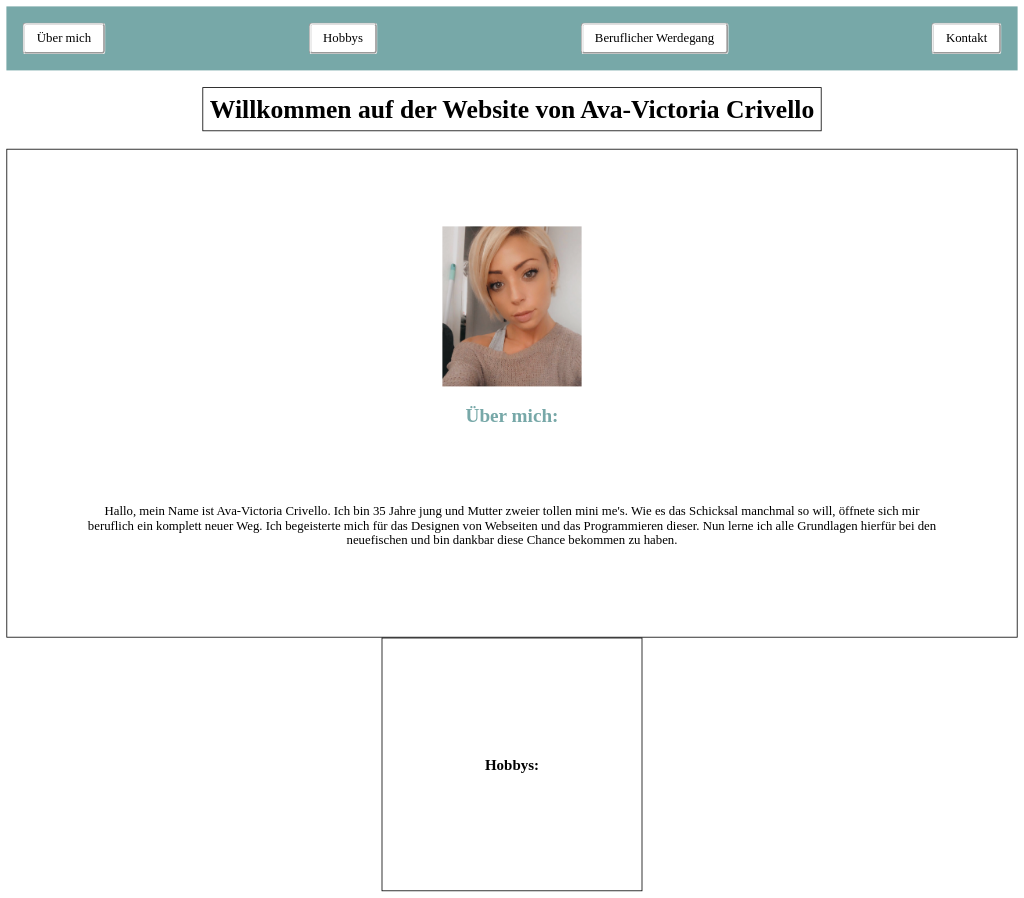
Repository: Ava-VictoriaCrivello/website
Page: index.html
The author's editor kept a copy of each file at every save. The page is drawn from the files as they stood at one save, then again after the next save.
The browser window is 1280 px wide. The pictures show the whole page, at 80% of full size.
Some web fonts or font styles are not loaded; a fallback is used.

Above is the page before, as saved 2022-05-29 20:51:11.

After the next save:
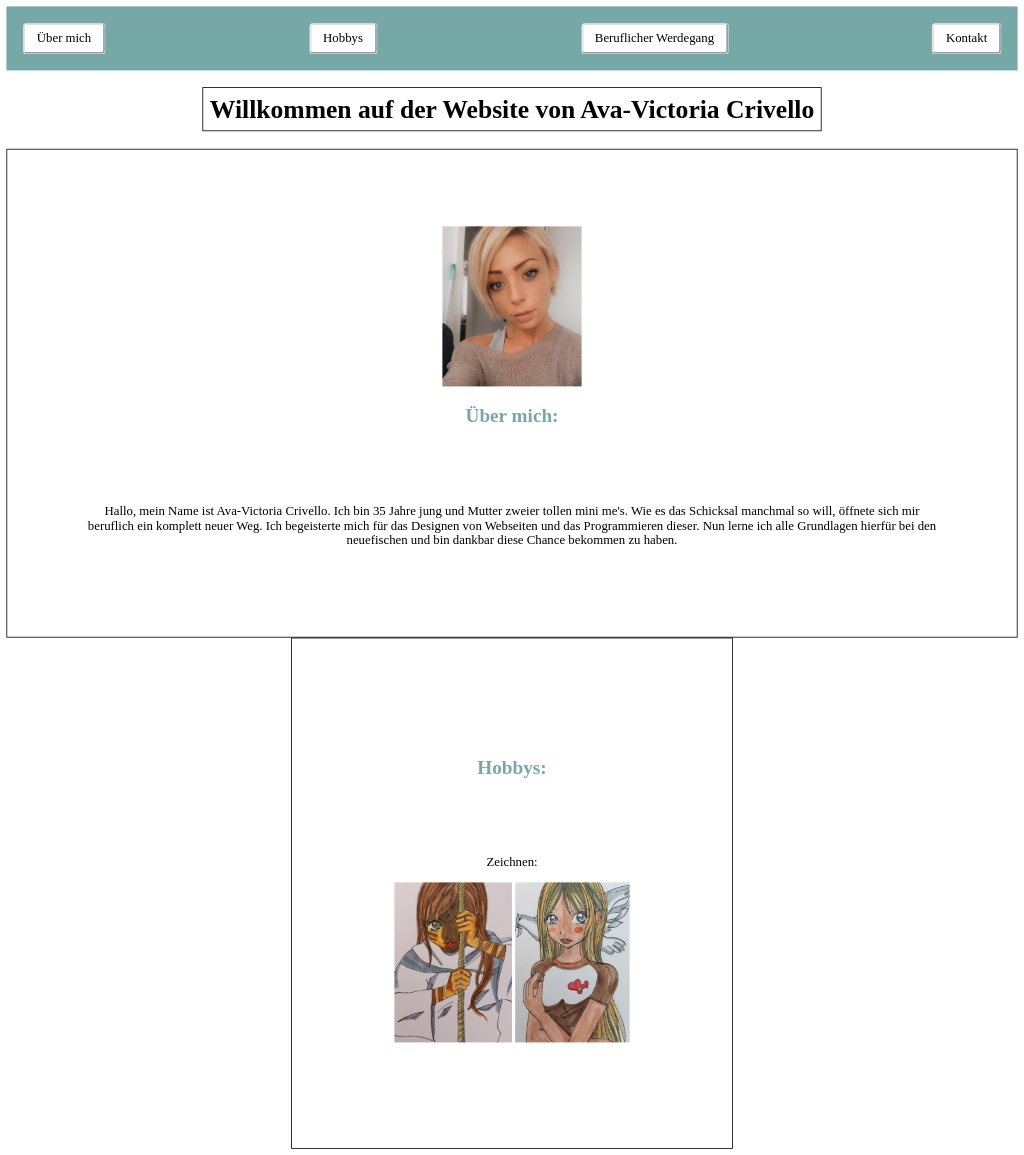
Saved 13 min 15 s later.
--- a/index.html
+++ b/index.html
@@ -35,7 +35,10 @@
       </p>
     </article>
     <section>
-      <h3>Hobbys:</h3>
+      <h2>Hobbys:</h2>
+      <p>Zeichnen:</p>
+      <img src="skizze1.png" alt="Anime Mädchen" height="200px" /> <img
+      src="skizze2.png" alt="Blondes Anime Mädchen" height="200px";
     </section>
   </body>
 </html>
